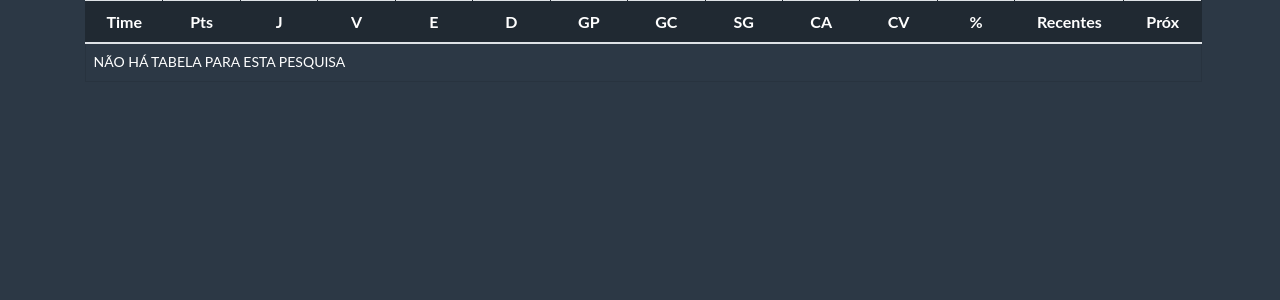
Repository: danielvieira7/campeonato-brasileiro-embed
Page: index.html
The author's editor kept a copy of each file at every save. The page is drawn from the files as they stood at one save, then again after the next save.
The browser window is 1280 px wide. The pictures show the whole page.
The page's requests for data from a server got no answer. Some web libraries are served in a nearby version.

Above is the page before, as saved 2021-02-12 00:24:23.

After the next save:
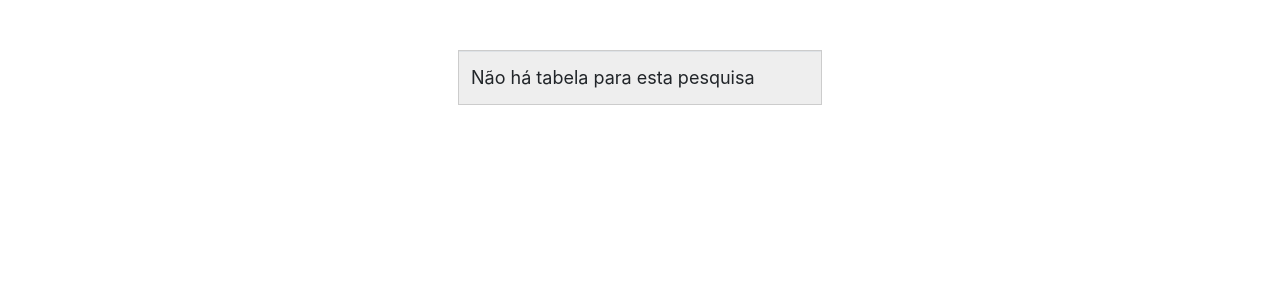
Saved 10 s later.
--- a/index.html
+++ b/index.html
@@ -9,7 +9,7 @@
     <!-- Bootstrap CSS -->
     <link rel="stylesheet" href="https://stackpath.bootstrapcdn.com/bootstrap/4.3.1/css/bootstrap.min.css" integrity="sha384-ggOyR0iXCbMQv3Xipma34MD+dH/1fQ784/j6cY/iJTQUOhcWr7x9JvoRxT2MZw1T" crossorigin="anonymous">
     <!-- <link rel="stylesheet" href="//cdn.datatables.net/1.10.23/css/jquery.dataTables.min.css"> -->
-    <link rel="stylesheet" href="style-dark-theme.css">
+    <link rel="stylesheet" href="style-light-blue.css">
 </head>
 <body>
 
